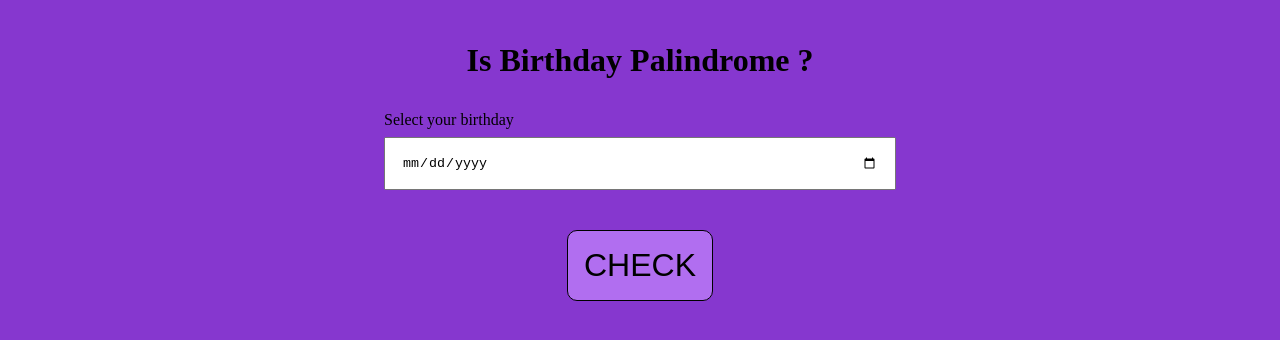
Repository: patelamancode/Palindrome-Birthday
Page: index.html
An editor plug-in stored every save of this project. The page is shown before and after the next save, followed by the edit.
The browser window is 1280 px wide. The pictures show the whole page.

Above is the page before, as saved 2022-12-02 18:00:36.

### index.html
<!DOCTYPE html>
<html lang="en">
<head>
    <meta charset="UTF-8">
    <meta http-equiv="X-UA-Compatible" content="IE=edge">
    <meta name="viewport" content="width=device-width, initial-scale=1.0">
    <link rel="stylesheet" href="index.css">
    <title>Is Birthday A Palindrome</title>
</head>
<body>
    <div id="main-container">
        <h1>Is Birthday Palindrome ?</h1>
        <label for="birth date">Select your birthday</label>
        <input type="date" id="selected-dob" />

        <button id="check-btn">CHECK</button>


    </div>
    <script src="index.js"></script>
</body>
</html>

### index.css
* {
    margin: 0;
    padding: 0;
  }
  body {
    background-color: rgb(134, 55, 207);
  }

  #main-container {
    display: flex;
    flex-direction: column;
    width: 40vw;
    margin: auto;
    margin-top: 2rem;
    padding: 10px;
    text-align: center;
  }

  .app-title {
    margin: 2rem 0;
  }

  label {
    width: auto;
    text-align: left;
    margin-top: 2rem;
    margin-bottom: 0.5rem;
  }

  input{
     padding: 1rem;
  }

  button {
    margin: auto;
    margin-top: 2.5rem;
    padding: 1rem;
    font-size: 2rem;
    font-weight: 500;
     font-weight: 300;
    border: 1px solid;
    background-color: rgb(177, 110, 240);
    border-radius: 10px;
  }

### index.js

function reverseString(str) {
    return str.split("").reverse().join("");
}

function isPalindrome(str) {
    return str === reverseString(str);
}

function dateString(date) {
    var dateStr = {
        day: "",
        month: "",
        year: ""
    };
    if (date.day < 10) dateStr.day = "0" + date.day;
    else dateStr.day = date.day.toString();

    if (date.month < 10) dateStr.month = "0" + date.month;
    else dateStr.month = date.month.toString();

    dateStr.year = date.year.toString();
    return dateStr;
}

function dateAllVariations(date) {
    var ddmmyyyy = date.day + date.month + date.year;
    var mmddyyyy = date.month + date.day + date.year;
    var yyyymmdd = date.year + date.month + date.day;
    var ddmmyy = date.day + date.month + date.year.slice(-2);
    var mmddyy = date.month + date.day + date.year.slice(-2);
    var yymmdd = date.year.slice(-2) + date.month + date.day;

    return [ddmmyyyy, mmddyyyy, yyyymmdd, ddmmyy, mmddyy, yymmdd];
}

function checkPalindromesForAllDateFormats(date) {
    var listOfDates = dateAllVariations(date);
    var flag = false;

    for (let i = 0; i < listOfDates.length; i++)
        if (isPalindrome(listOfDates[i])) {
            flag = true;
            break;
        }
    return flag;
}

function isLeapYear(year) {
    if ((year % 4 === 0 && year % 100 !== 0) || year % 400 === 0) return true;
    return false;
}

function getNextDate(date) {
    var daysInMonths = [31, 28, 31, 30, 31, 30, 31, 31, 30, 31, 30, 31];

    var day = date.day + 1;
    var month = date.month;
    var year = date.year;

    if (month === 2)
        if (isLeapYear(year)) {
            if (day > 29) {
                day = 1;
                month = 3;
            }
        } else {
            if (day > 28) {
                day = 1;
                month = 3;
            }
        }
    else {
        if (day > daysInMonths[month - 1]) {
            day = 1;
            month++;
        }
    }

    if (month > 12) {
        day = 1;
        month = 1;
        year++;
    }
    return {
        day: day,
        month: month,
        year: year,
    };
}

function getPreviousDate(date) {
    var daysInMonths = [31, 28, 31, 30, 31, 30, 31, 31, 30, 31, 30, 31];

    var day = date.day - 1;
    var month = date.month;
    var year = date.year;

    if (month === 3)
        if (isLeapYear(year)) {
            if (day === 0) {
                day = 29;
                month = 2;
            }
        } else {
            if (day === 0) {
                day = 28;
                month = 2;
            }
        }
    else {
        if (day === 0) {
            month--;
            day = daysInMonths[month - 1];
        }
    }

    if (month === 0) {
        day = 31;
        month = 12;
        year--;
    }
    return {
        day: day,
        month: month,
        year: year,
    };
}

function getNextPalindrome(date) {
    var count = 0;
    var nextDate = getNextDate(date);

    while (1) {
        count++;
        var dateStr = dateString(nextDate);
        if (checkPalindromesForAllDateFormats(dateStr)) break;
        nextDate = getNextDate(nextDate);
    }
    return [count, nextDate];
}

function getLastPalindrome(date) {
    var count = 0;
    var previousDate = getPreviousDate(date);

    while (1) {
        count++;
        var dateStr = dateString(previousDate);
        if (checkPalindromesForAllDateFormats(dateStr)) break;
        previousDate = getPreviousDate(previousDate);
    }
    return [count, previousDate];
}

function forNearestPalindromeDate(date){
    let nextPalindromeDate = getNextPalindrome(date);
    let lastPalindromeDate = getLastPalindrome(date);

    let nextValue = Number(nextPalindromeDate[0]);
    let lastValue = Number(lastPalindromeDate[0]);

    // console.log(typeof(nextValue, lastValue), nextValue, lastValue);
    if(nextValue < lastValue){
        return nextPalindromeDate;
    }
    return lastPalindromeDate;

}

var date = {
    day: 13,
    month: 06,
    year: 2022
}

console.log(getLastPalindrome(date));
console.log(getNextPalindrome(date));
// forNearestPalindromeDate(date);
console.log(forNearestPalindromeDate(date));

After the next save:
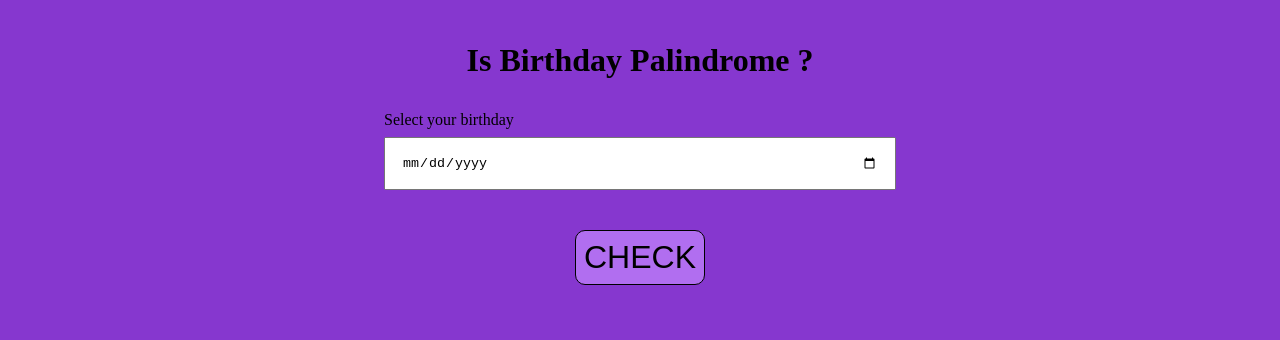
Saved 19 s later.
--- a/index.css
+++ b/index.css
@@ -34,7 +34,7 @@
   button {
     margin: auto;
     margin-top: 2.5rem;
-    padding: 1rem;
+    padding: 0.5rem;
     font-size: 2rem;
     font-weight: 500;
      font-weight: 300;
